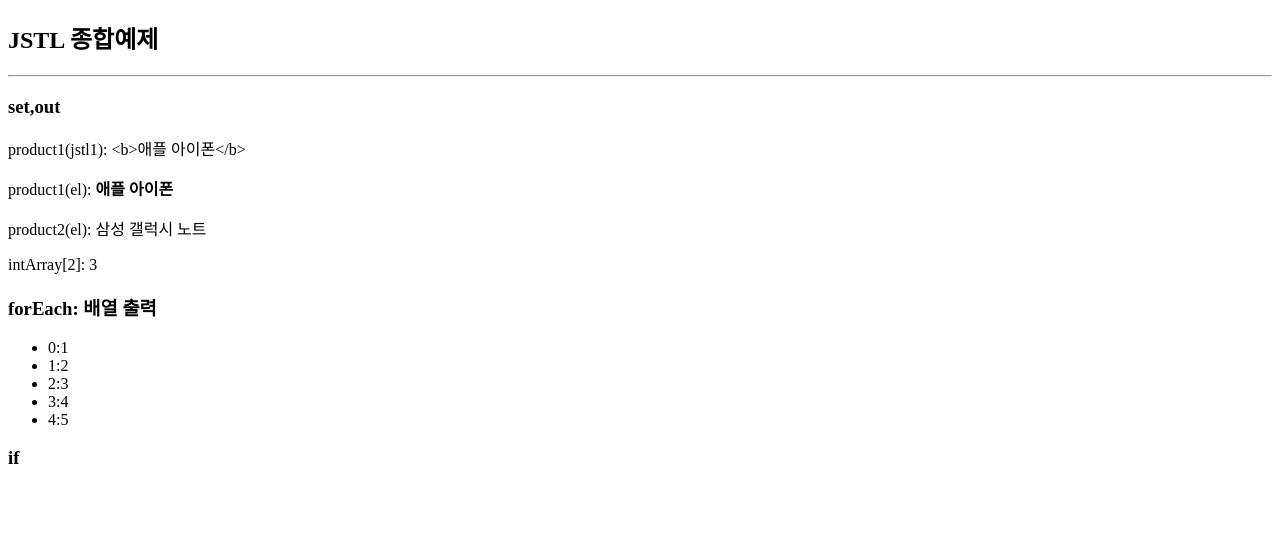
Repository: heezzanggg/JSPWebProgramming
Page: http://localhost/jwbook/ch07/jstlExam.jsp
An editor plug-in stored every save of this project. The page is shown before and after the next save, followed by the edit.
The browser window is 1280 px wide. The pictures show the whole page.
The page is served by Tomcat 9.

Above is the page before, as saved 2023-03-27 18:23:59.

After the next save:
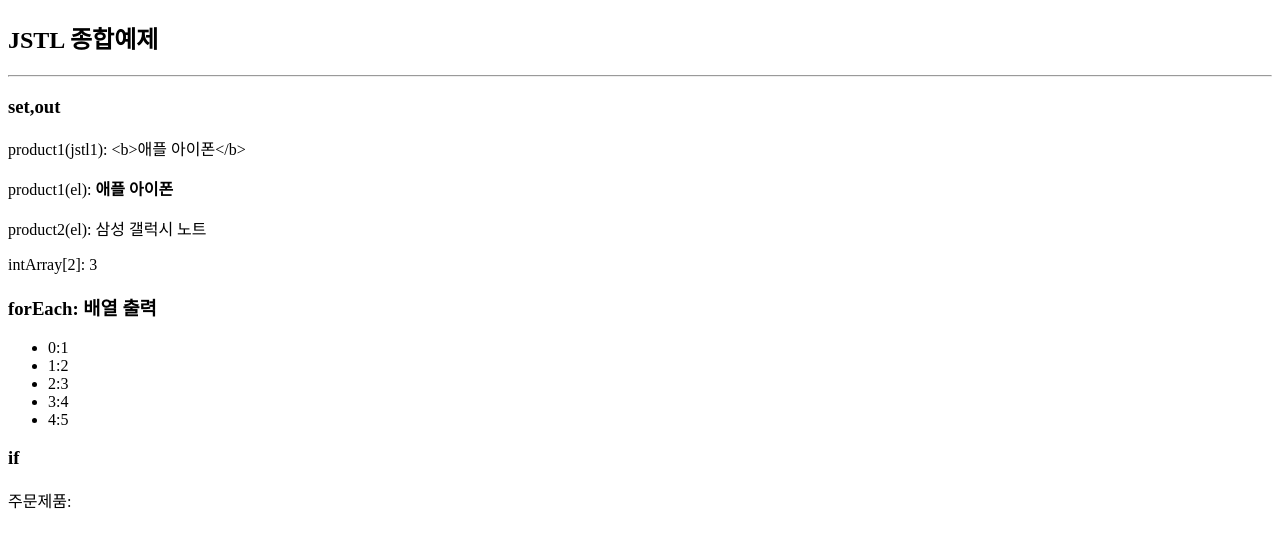
Saved 41 s later.
--- a/JSPWebProgramming/jwbook/src/main/webapp/ch07/jstlExam.jsp
+++ b/JSPWebProgramming/jwbook/src/main/webapp/ch07/jstlExam.jsp
@@ -36,5 +36,8 @@
 	<!-- if -->
 	<h3>if</h3>
 	<c:set var="checkout" value="true"/>
+	<c:if test="${checkout}">
+		<p>주문제품:
+	</c:if>
 </body>
 </html>
